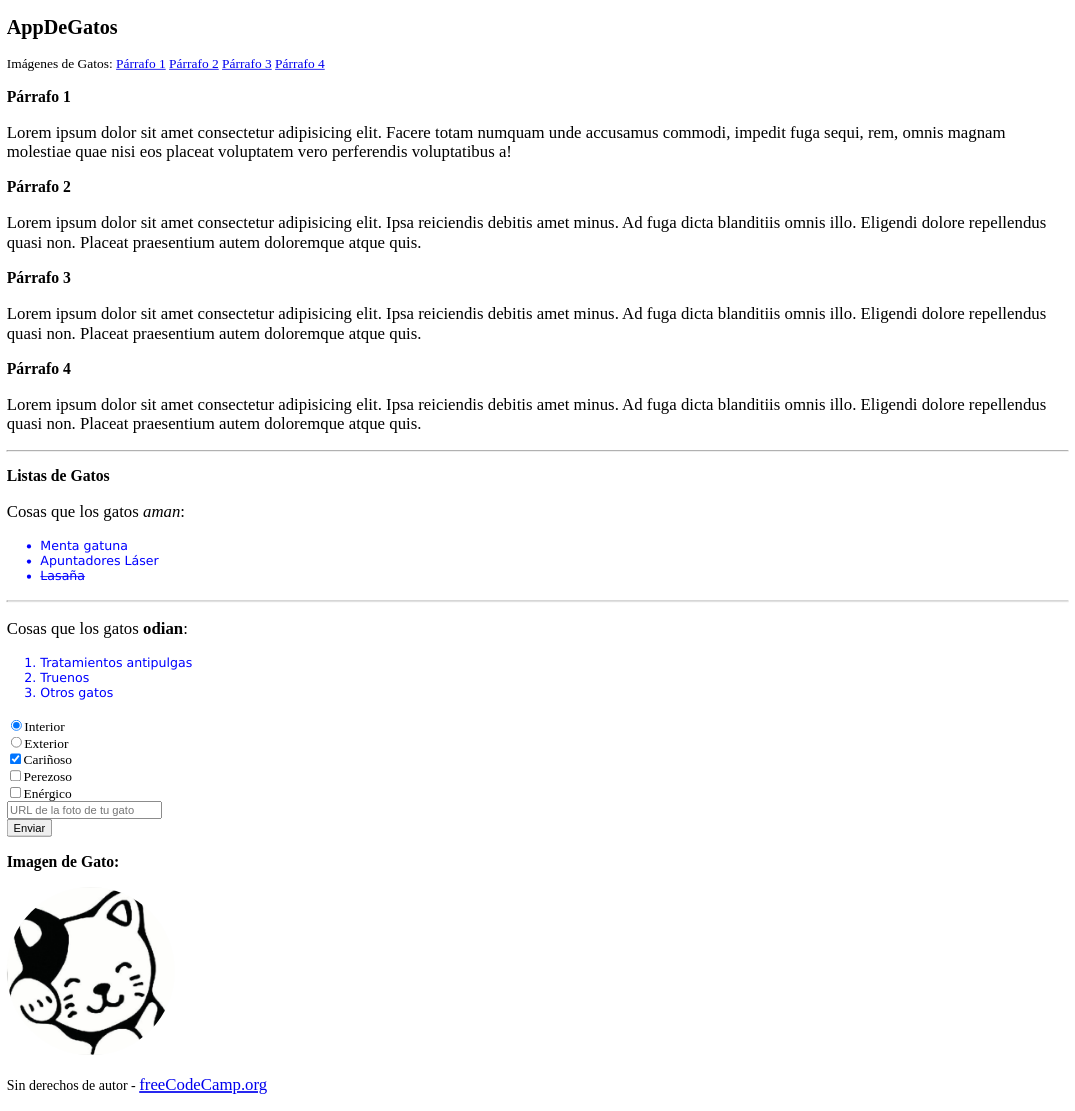
Repository: pedro-donoso/curso-html---css
Page: index.html
An editor plug-in stored every save of this project. The page is shown before and after a run of saves, followed by the edit.
The browser window is 1280 px wide. The pictures show the whole page, at 84% of full size.

Above is the page before, as saved 2023-11-14 02:17:05.

After the next 3 saves:
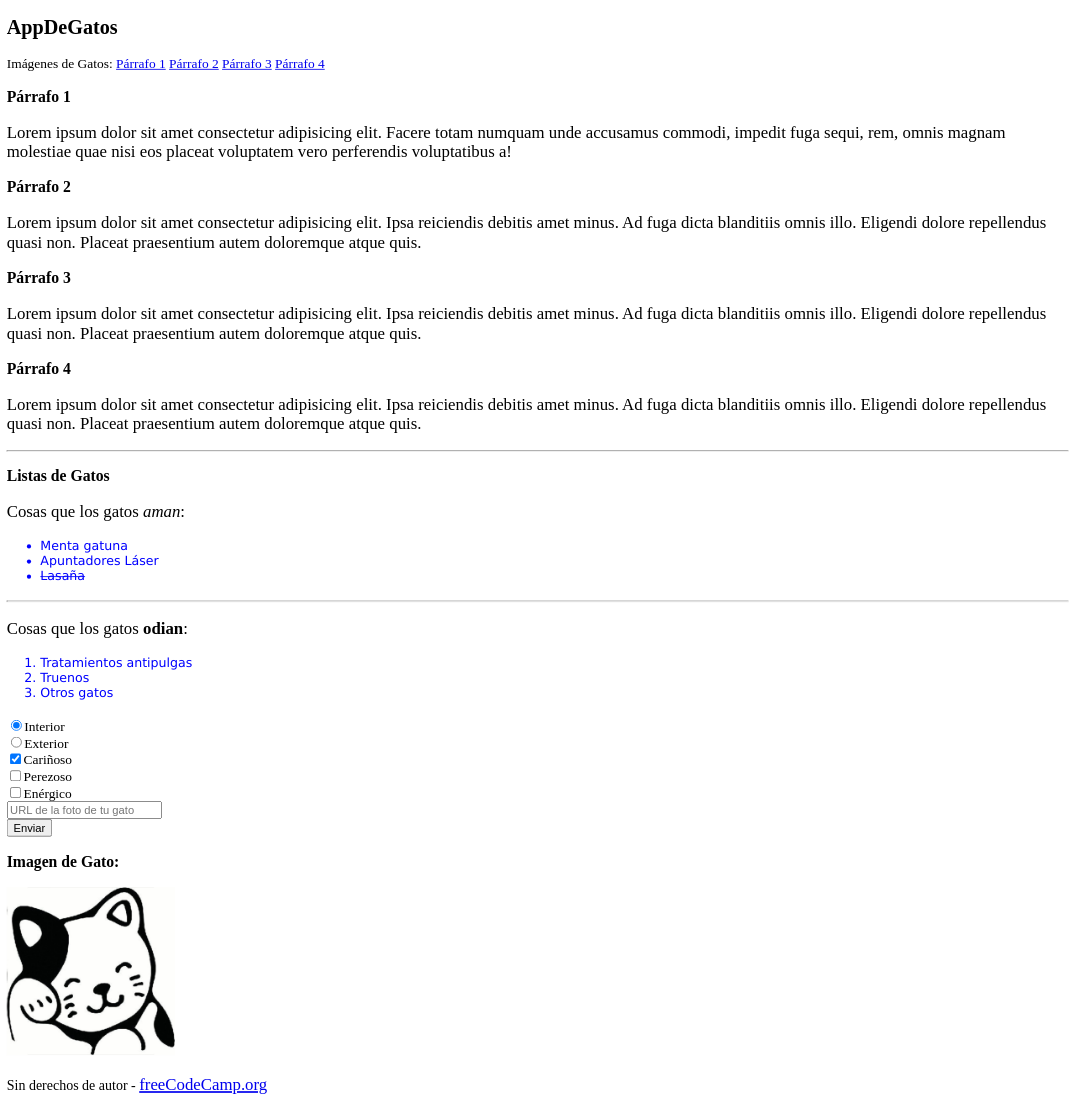
The 3 saves are shown as one change because they came seconds apart.
The last was saved 9 s later.
--- a/style.css
+++ b/style.css
@@ -12,6 +12,6 @@
 
 img {
   width: 200px;
-  border: lin;
+  border:
   border-radius: 50%;
 }

After the 3 saves that followed:
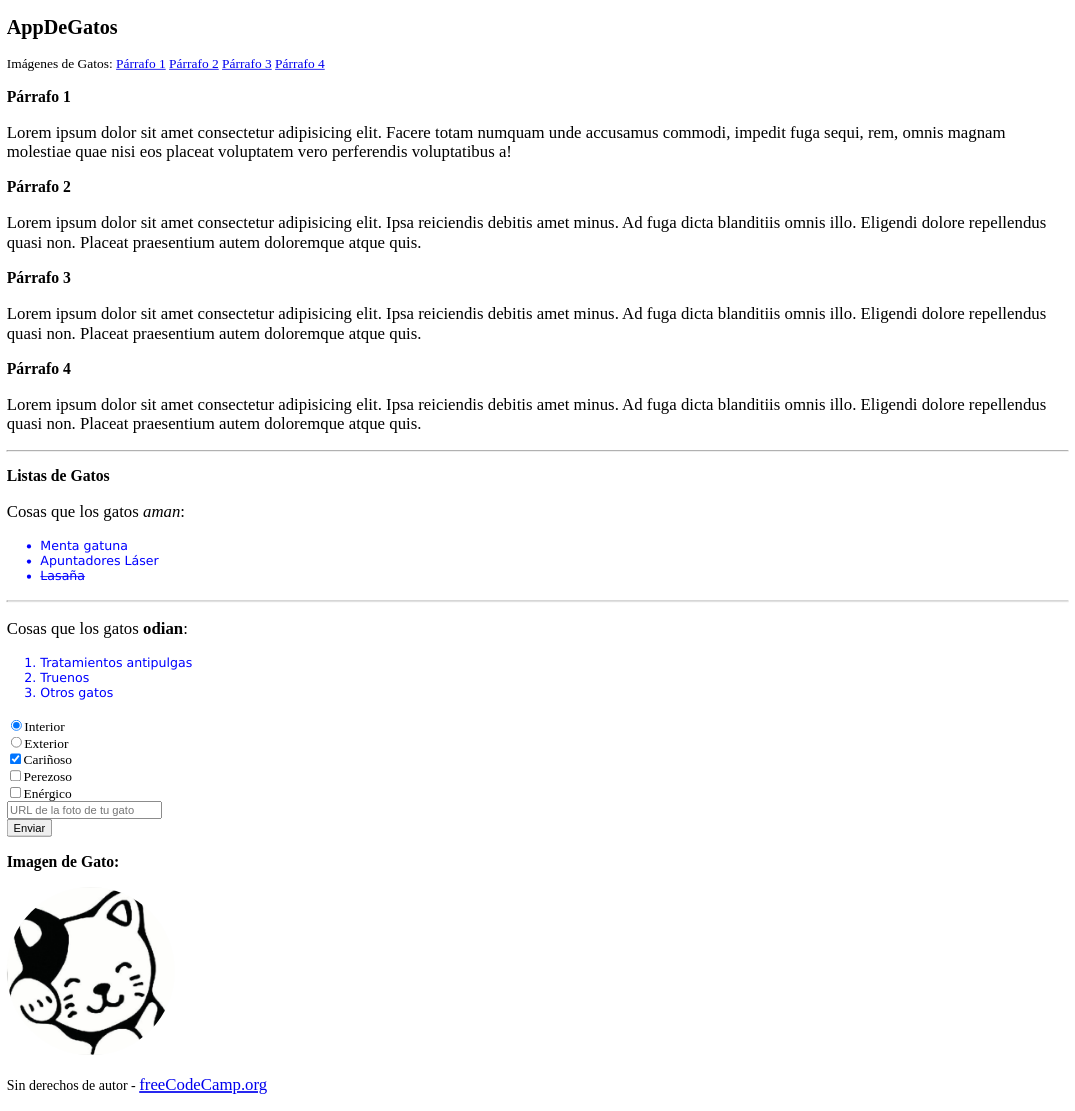
The 3 saves are shown as one change because 2 left the picture as it was.
The last was saved 17 s later.
--- a/style.css
+++ b/style.css
@@ -12,6 +12,6 @@
 
 img {
   width: 200px;
-  border:
+  border: linear;
   border-radius: 50%;
 }
